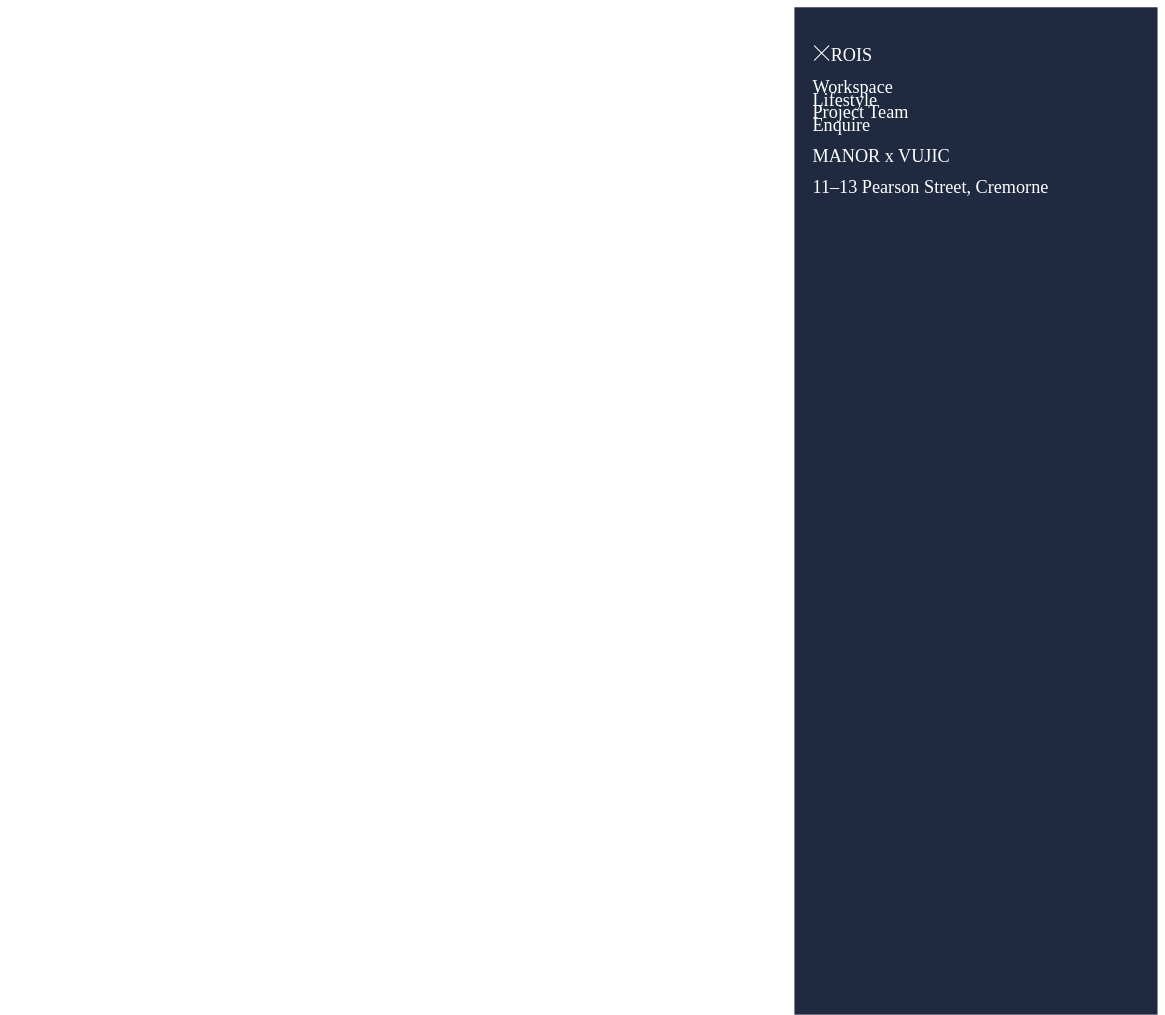
Repository: ThanhMai6507/Rois-Landing-Page
Page: index.html
These files come from the project's save history. The page is drawn as it stood at one moment and after the next save; the edit follows.
The browser window is 1280 px wide. The pictures show the whole page, at 91% of full size.

Above is the page before, as saved 2022-10-31 11:05:56.

After the next save:
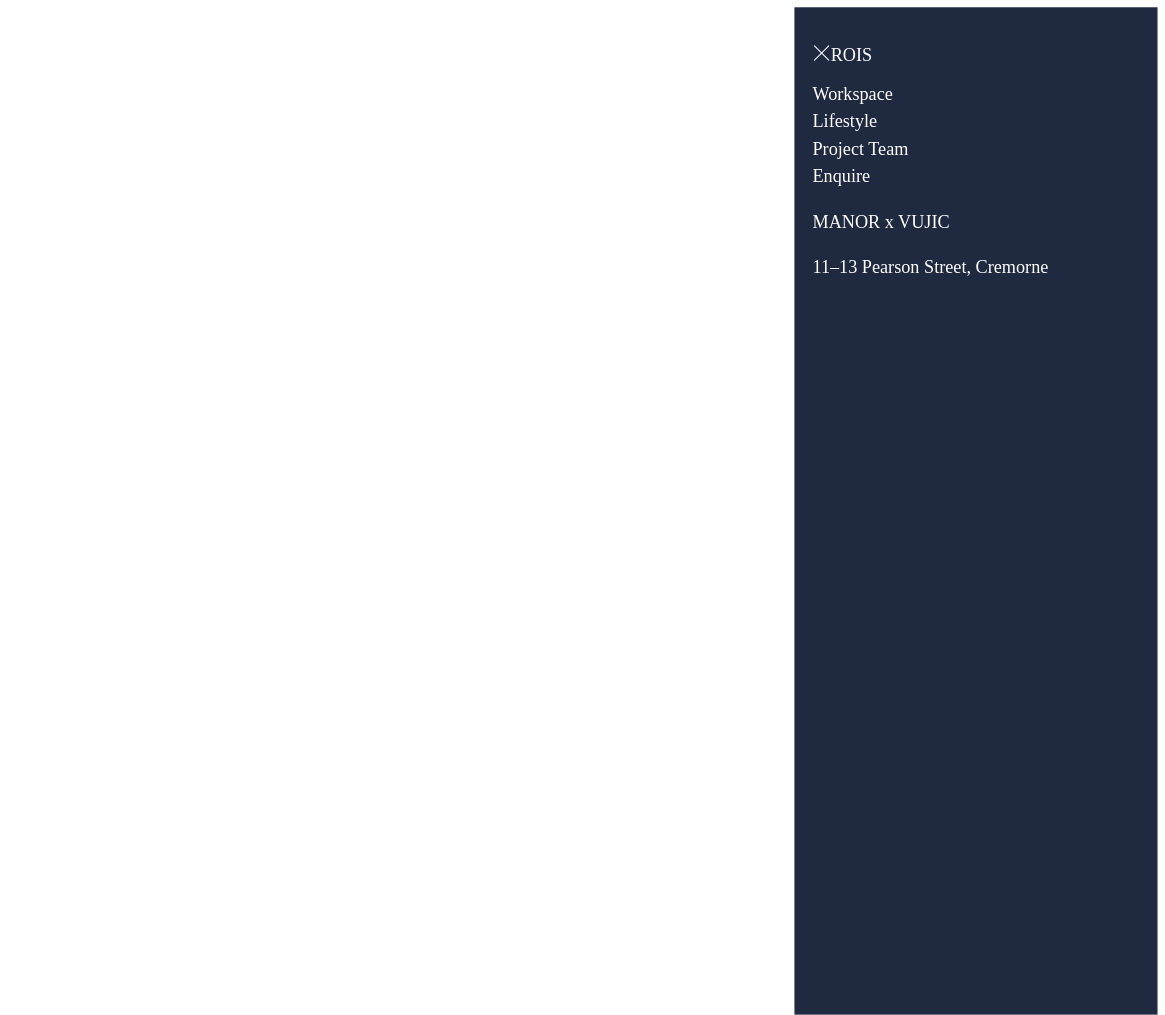
Saved 4 s later.
--- a/style.css
+++ b/style.css
@@ -17,7 +17,7 @@
     color: #FEFEFE;
     padding-left: 20px;
     padding-top: 20px;
-    line-height: 0.7;
+    line-height: 1.5;
 }
 
 a {
